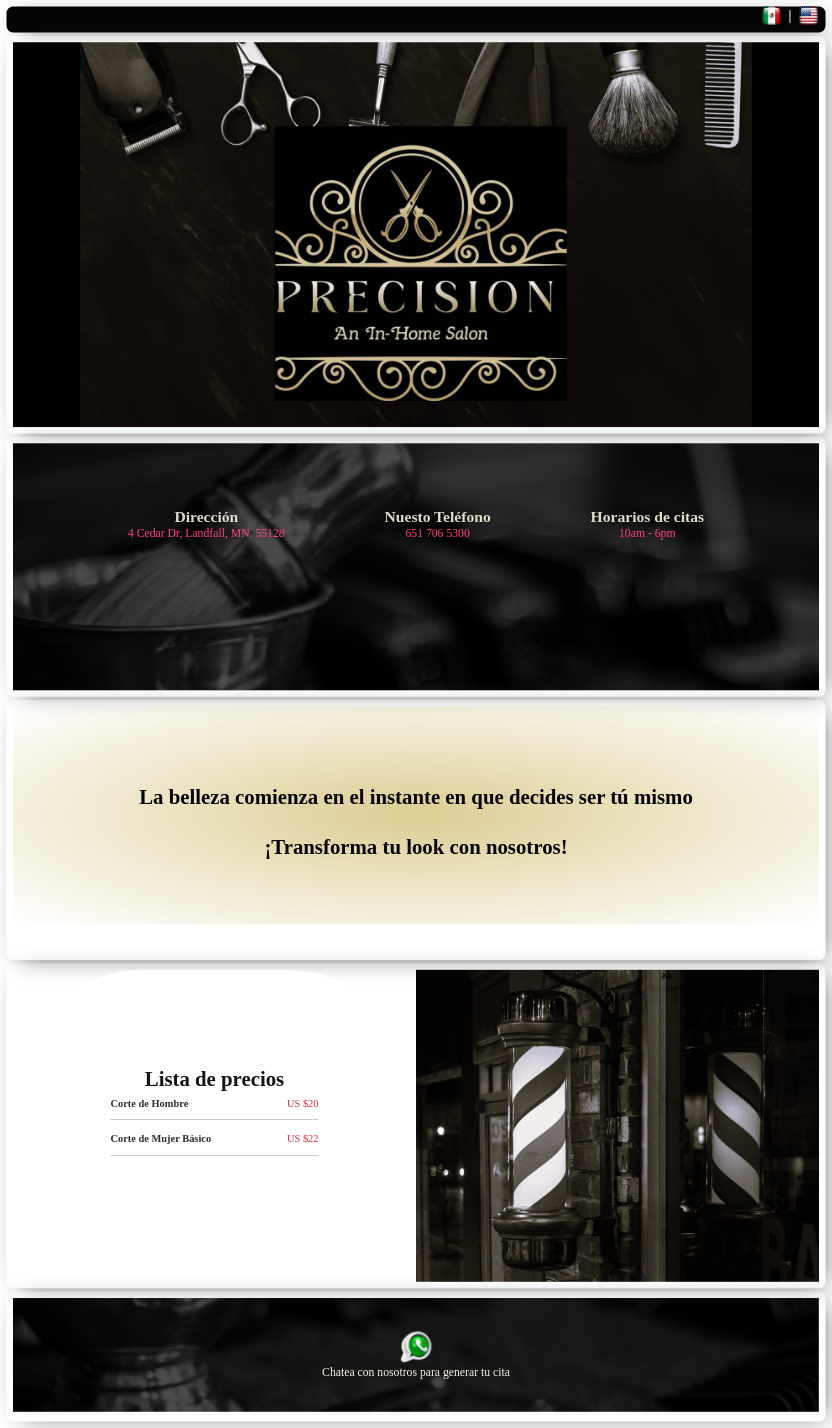
Repository: IvanHernandezMuro/PrecisionInHouse
Page: index.html
These files come from the project's save history. The page is drawn as it stood at one moment and after the next save; the edit follows.
The browser window is 1280 px wide. The pictures show the whole page, at 65% of full size.
Some web fonts or font styles are not loaded; a fallback is used.

Above is the page before, as saved 2025-04-13 18:50:25.

After the next save:
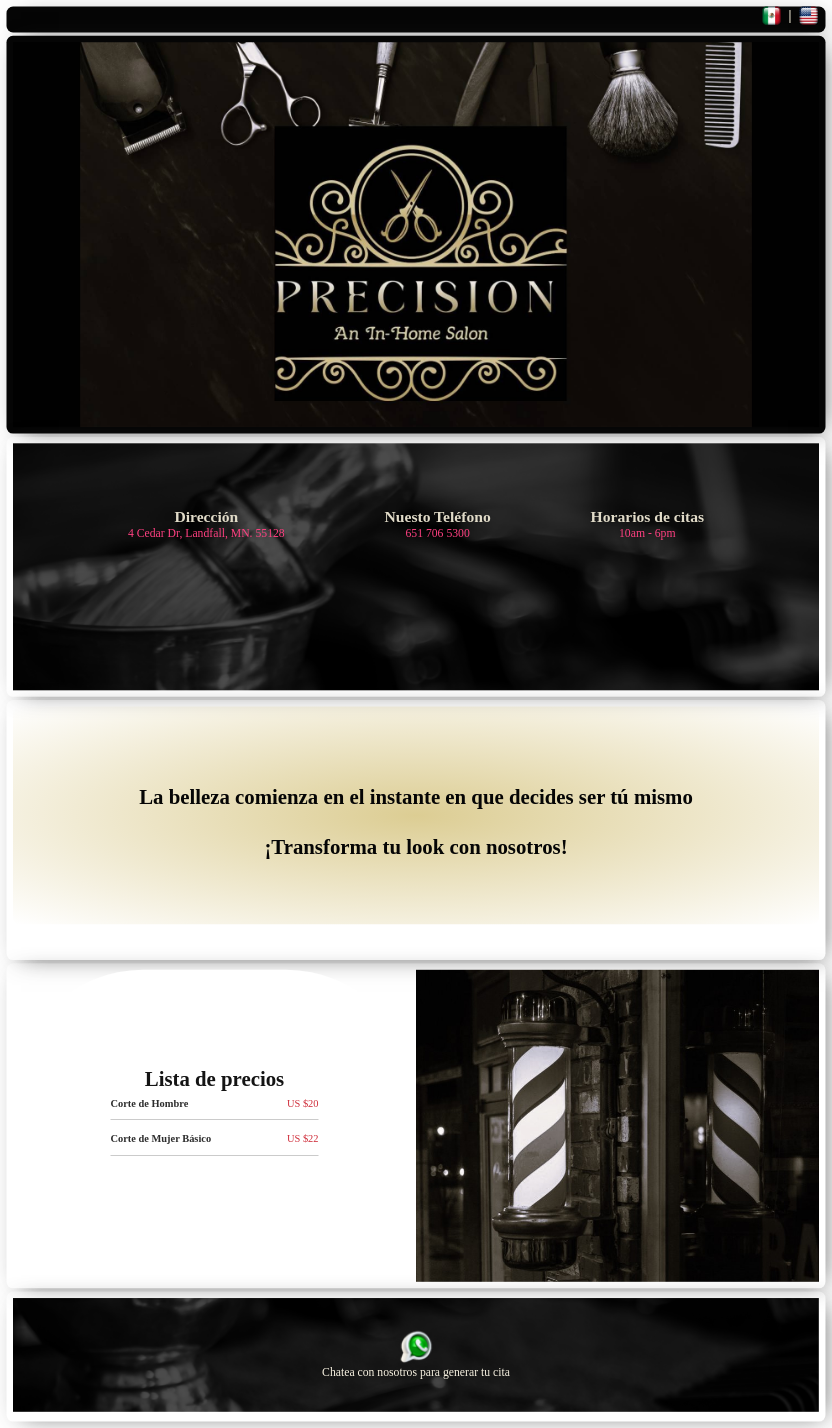
Saved 33 s later.
--- a/style.css
+++ b/style.css
@@ -165,7 +165,7 @@
 /*TODO COVER CON LOGO */
 .header {
 	grid-area: header;
-	background-color: --var(--black-05);
+	background-color: var(--black-05);
 
 	position: relative;
 	width: 100%;
